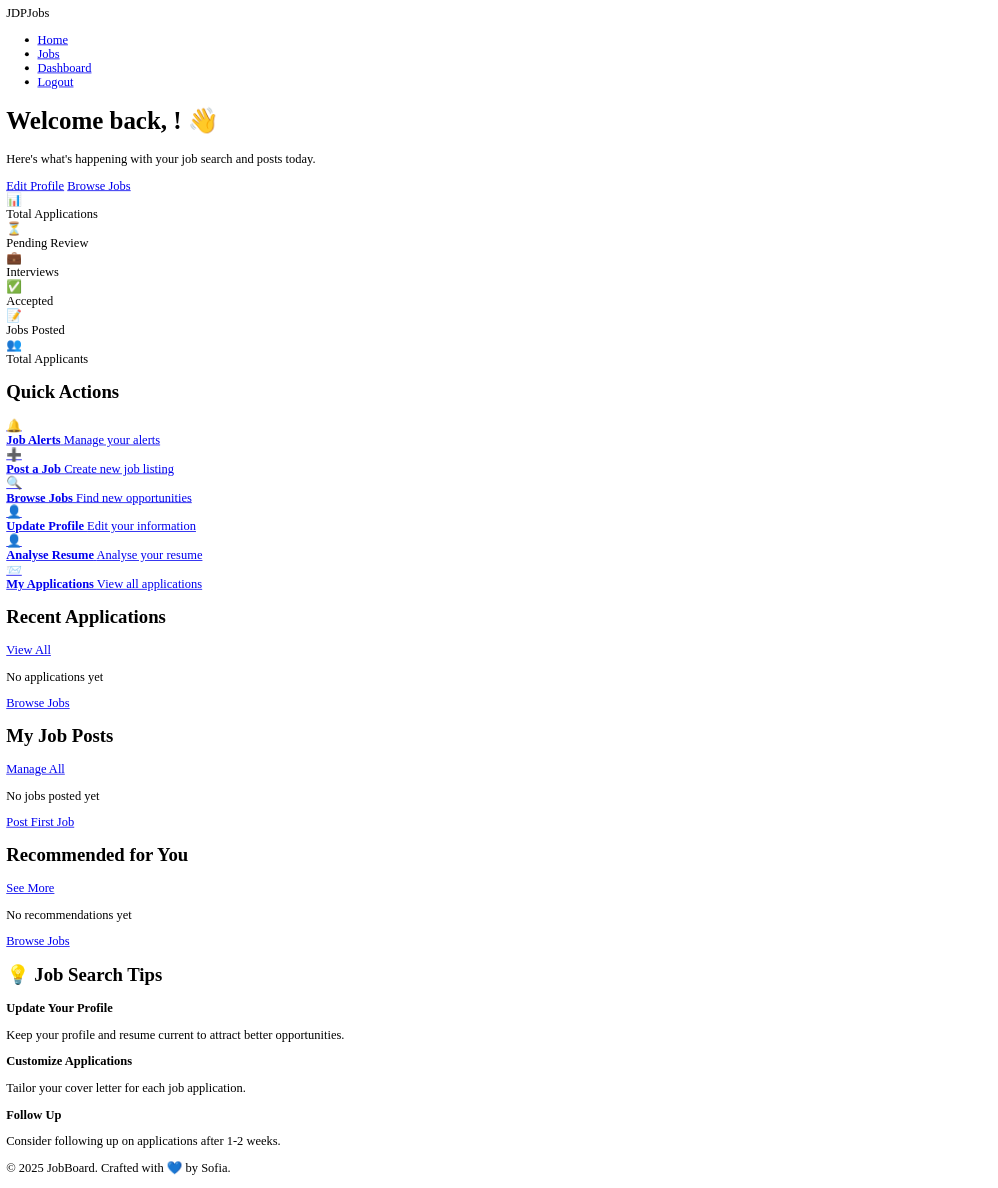
Repository: sofia123776/jobboard
Page: jobs/templates/jobs/dashboard.html
The author's editor kept a copy of each file at every save. The page is drawn from the files as they stood at one save, then again after the next save.
The browser window is 1280 px wide. The pictures show the whole page, at 78% of full size.
The template is drawn by Django 5.2. The application's start-up code is not run. The template is opened directly, without the code that normally fills it, so the values that code supplies are empty.

Above is the page before, as saved 2025-10-20 19:44:16.

After the next save:
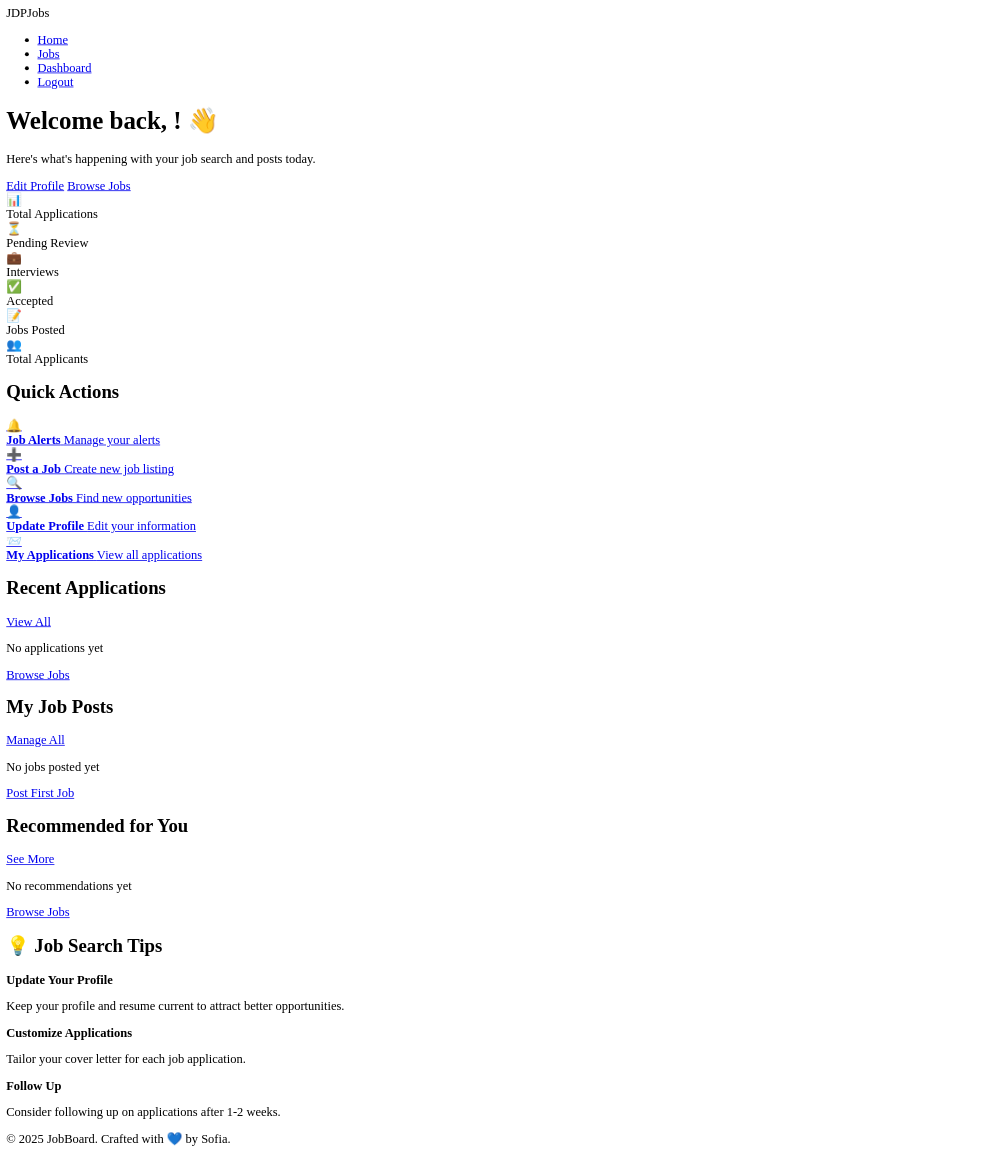
Saved 40 h 13 min later.
--- a/jobs/templates/jobs/dashboard.html
+++ b/jobs/templates/jobs/dashboard.html
@@ -127,13 +127,7 @@
                             </div>
                         </a>
 
-                        <a href="{% url 'resume_analysis' resume.id %}" class="quick-action">
-                            <div class="action-icon">👤</div>
-                            <div class="action-text">
-                                <strong>Analyse Resume</strong>
-                                <span>Analyse your resume</span>
-                            </div>
-                        </a>
+
 
                         <a href="{% url 'my_applications' %}" class="quick-action">
                             <div class="action-icon">📨</div>
